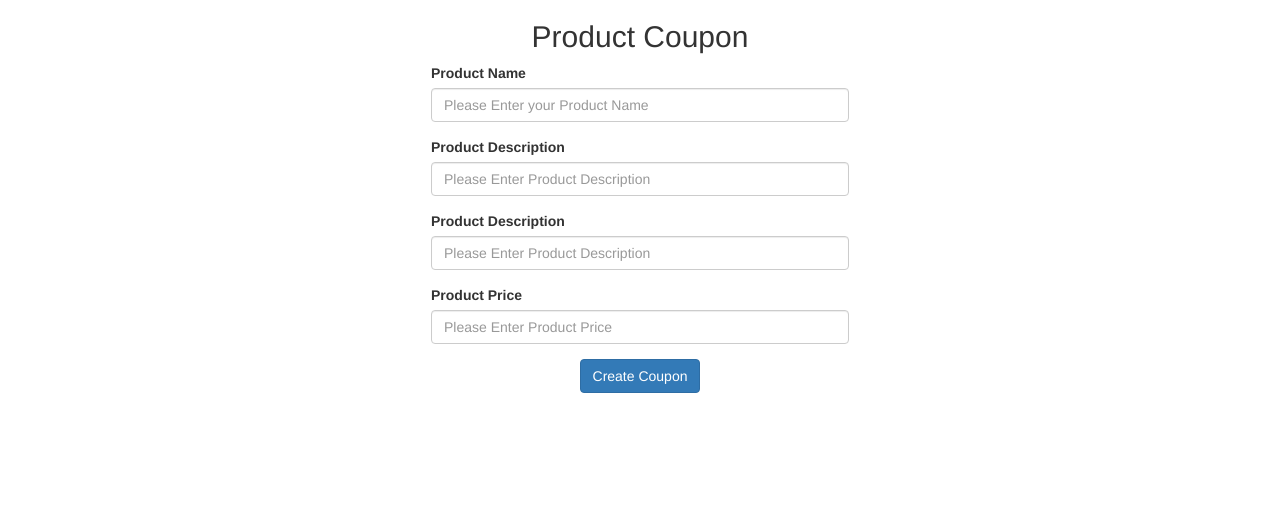
Repository: krutishilp/Sample
Page: http://localhost/couponandproductproject/createProduct.jsp
These files come from the project's save history. The page is drawn as it stood at one moment and after the next save; the edit follows.
The browser window is 1280 px wide. The pictures show the whole page.
The page is served by Tomcat 9.

Above is the page before, as saved 2020-09-04 06:39:49.

After the next save:
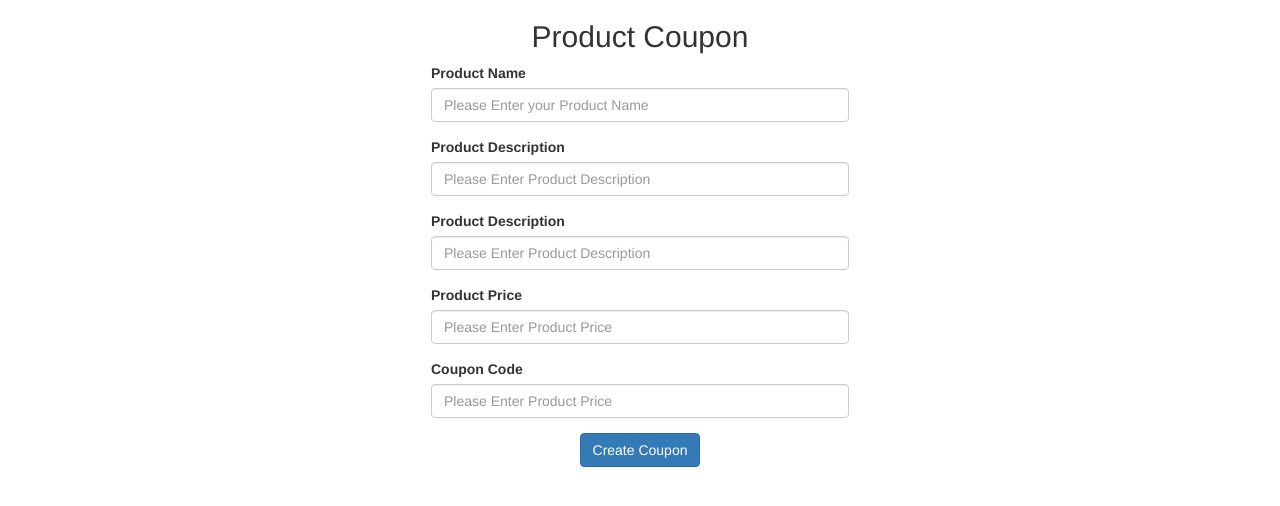
Saved 18 s later.
--- a/JAVA-Eclipse-workspace/couponandproductproject/src/main/webapp/createProduct.jsp
+++ b/JAVA-Eclipse-workspace/couponandproductproject/src/main/webapp/createProduct.jsp
@@ -46,6 +46,11 @@
 					placeholder="Please Enter Product Price">
 			</div>
 
+			<div class="form-group">
+				<label for="productprice">Coupon Code</label> <input type="number"
+					class="form-control" name="productPrice" id="productprice" required
+					placeholder="Please Enter Product Price">
+			</div>
 
 			<div class="form-group">
 				<input type="hidden"
